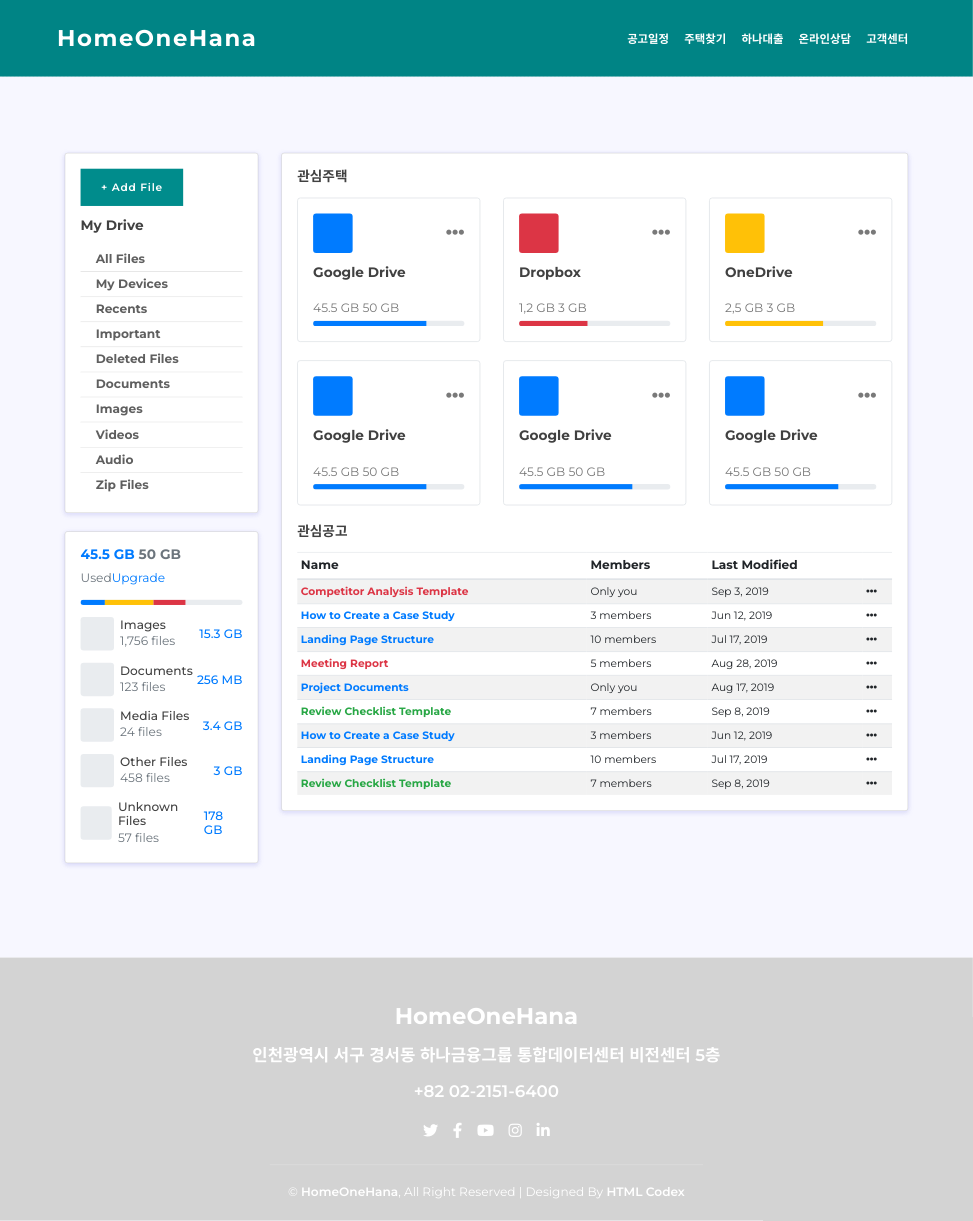
Repository: koposoftware/2021_10_syyoon
Page: http://localhost/HomeOneHana/WEB-INF/jsp/mypage/mypage.jsp
These files come from the project's save history. The page is drawn as it stood at one moment and after the next save; the edit follows.
The browser window is 1280 px wide. The pictures show the whole page, at 76% of full size.
Some icons come from a web library that is not loaded, so they are not drawn. Some web libraries are served in a nearby version. The page is served by Tomcat 9. Nobody is signed in. The template is opened directly, without the code that normally fills it, so the values that code supplies are empty.

Above is the page before, as saved 2021-09-15 11:58:15.

After the next save:
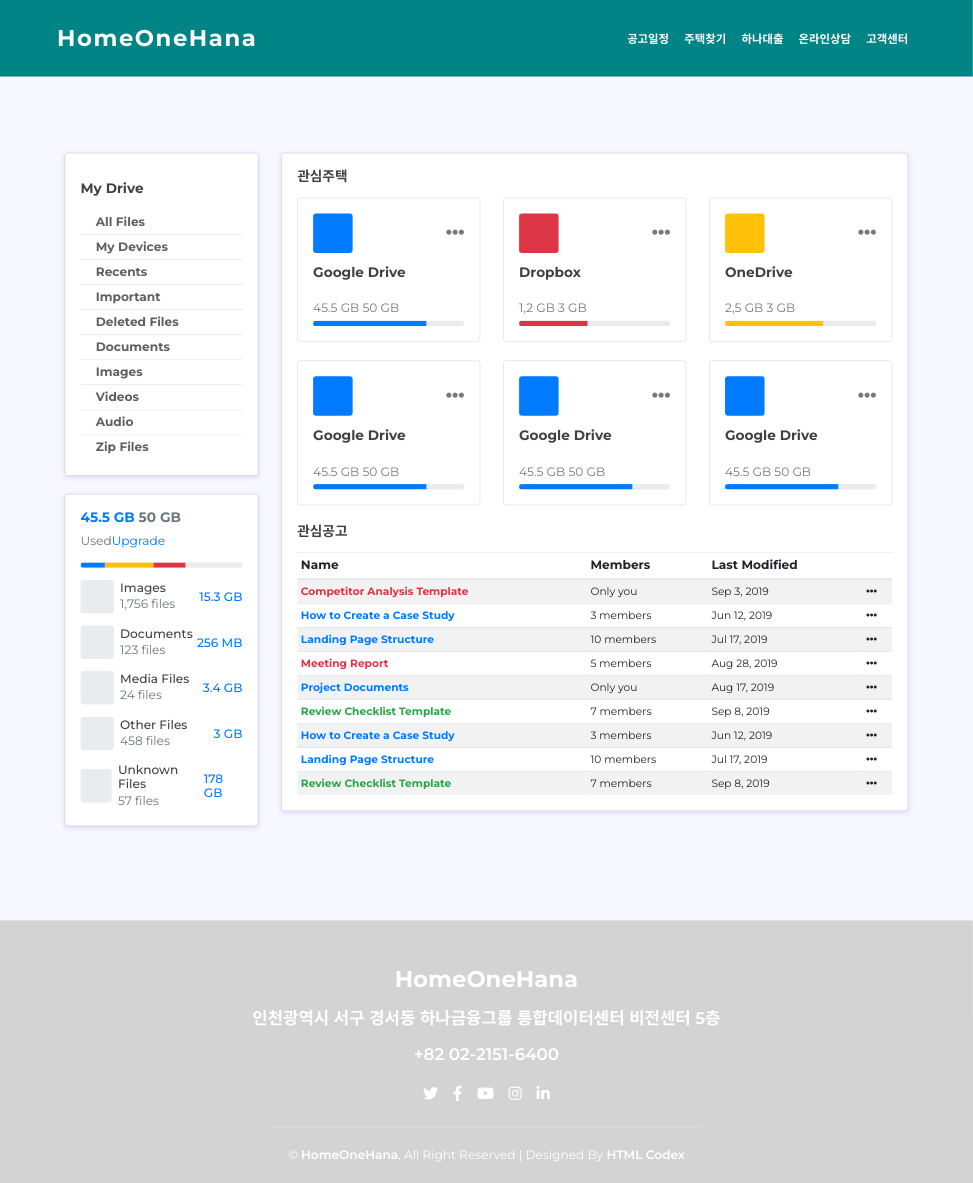
Saved 16 s later.
--- a/project/Spring-mvc/HomeOneHana/src/main/webapp/WEB-INF/jsp/mypage/mypage.jsp
+++ b/project/Spring-mvc/HomeOneHana/src/main/webapp/WEB-INF/jsp/mypage/mypage.jsp
@@ -28,8 +28,7 @@
 			    <div class="col-12 col-lg-3">
 					<div class="card">
 						<div class="card-body">
-							<div class="d-grid"> <a href="javascript:;" class="btn btn-primary">+ Add File</a>
-							</div>
+
 							<h5 class="my-3">My Drive</h5>
 							<div class="fm-menu">
 								<div class="list-group list-group-flush"> <a href="javascript:;" class="list-group-item py-1"><i class="bx bx-folder me-2"></i><span>All Files</span></a>
